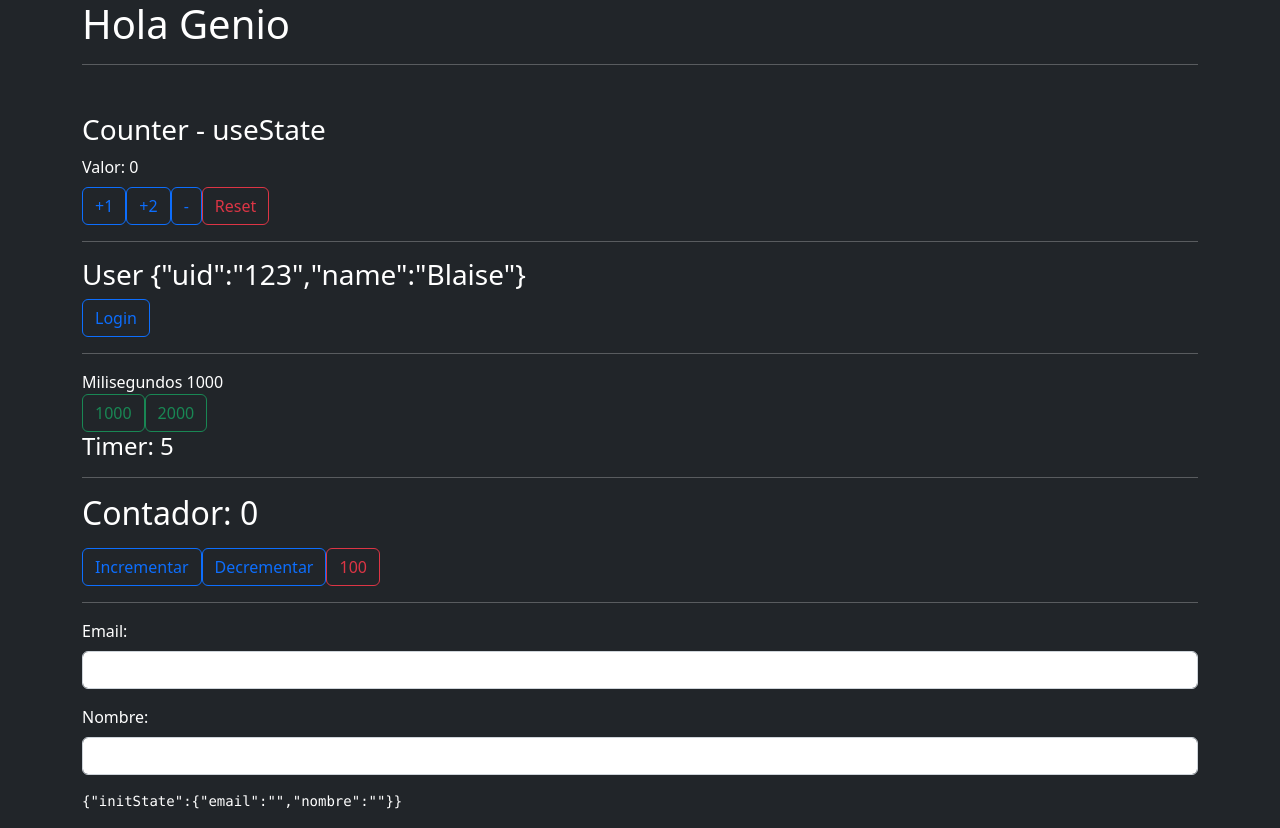
Repository: ChristianGecchelin/Typescript-Course1
Page: /
These files come from the project's save history. The page is drawn as it stood at one moment and after the next save; the edit follows.
The browser window is 1280 px wide. The pictures show the whole page.
The project was rebuilt for these pictures with package versions that can differ from the ones it lists, and the page was loaded fresh each time.

Above is the page before, as saved 2022-08-16 17:44:16.

After the next save:
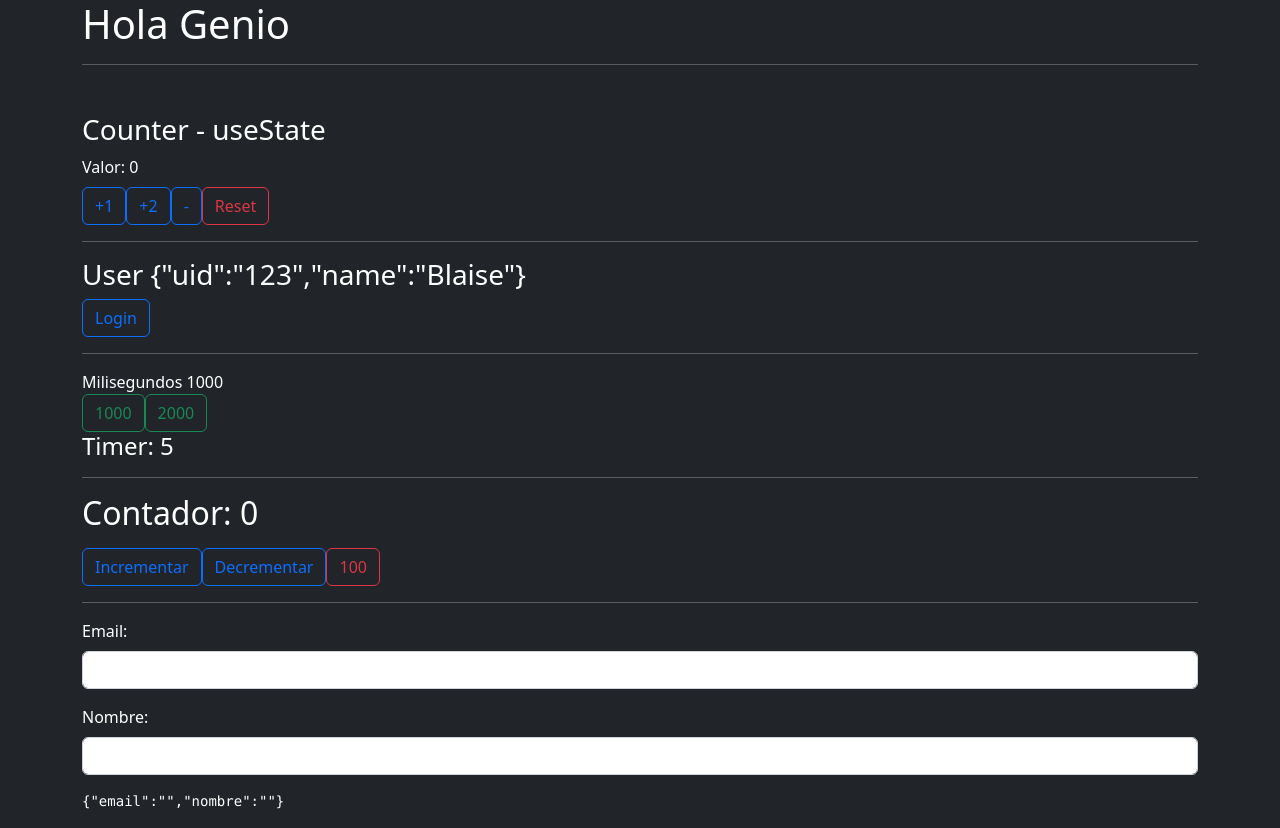
Saved 2 min 21 s later.
--- a/src/hooks/useForm.tsx
+++ b/src/hooks/useForm.tsx
@@ -1,7 +1,7 @@
 import { ChangeEvent, useState } from "react";
 
 export const useForm = (initState: any) => {
-  const [formulario, setFormulario] = useState({ initState });
+  const [formulario, setFormulario] = useState(initState);
 
   const handleChange = ({ target }: ChangeEvent<HTMLInputElement>) => {
     const { name, value } = target;
